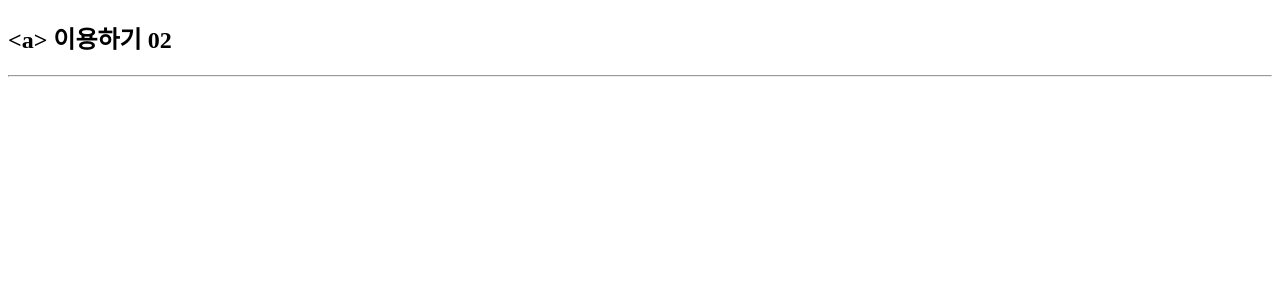
Repository: hyunh84/jsp_study
Page: http://localhost/Day02/j04_href02.jsp
The author's editor kept a copy of each file at every save. The page is drawn from the files as they stood at one save, then again after the next save.
The browser window is 1280 px wide. The pictures show the whole page.
The page is served by Tomcat 9. Other server files are loaded and not shown.

Above is the page before, as saved 2015-09-06 02:29:24.

### MyWorks/Day02/WebContent/j04_href02.jsp
<%@ page language="java" contentType="text/html; charset=utf-8"
    pageEncoding="utf-8"%>
<!DOCTYPE html>
<html>
<head>
<meta charset="utf-8">
<title>Insert title here</title>
</head>
<body>



	<h2>&lt;a&gt; 이용하기 02</h2>
	<hr>

</body>
</html>

After the next save:
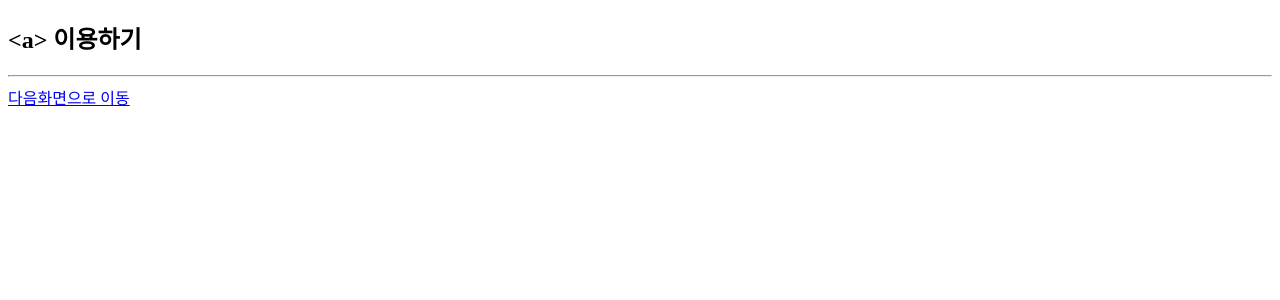
Saved 29 s later.
--- a/MyWorks/Day02/WebContent/j04_href02.jsp
+++ b/MyWorks/Day02/WebContent/j04_href02.jsp
@@ -10,8 +10,29 @@
 
 
 
-	<h2>&lt;a&gt; 이용하기 02</h2>
+	<h2>&lt;a&gt; 이용하기</h2>
 	<hr>
+
+	<%--
+		a태그 : 원하는 페이지 이동 및 파라미터 정보 전송 가능
+
+		경로 표현 방법 2가지
+		 1 상대경로 :
+		 	- 현재 위치(파일 위치)를 기준으로 상-하 관계로 원하는 위치 경로를 표현
+		 	- 하위 디렉토리 파일인 경우 : 디렉토리 이름 및 파일 이름 표현
+		 	- 상위 디렉토리 파일인 경우 : 이동 표현(../) 및 해당 디렉토리 이름 및 파일 이름 표현
+		 	- 같은 디렉토리인 경우 : 파일 이름만 표현
+
+		 2. 절대경로 :
+
+
+
+
+
+	 --%>
+
+	<a href="Day02/j04_href02.jps">다음화면으로 이동</a>
+
 
 </body>
 </html>
